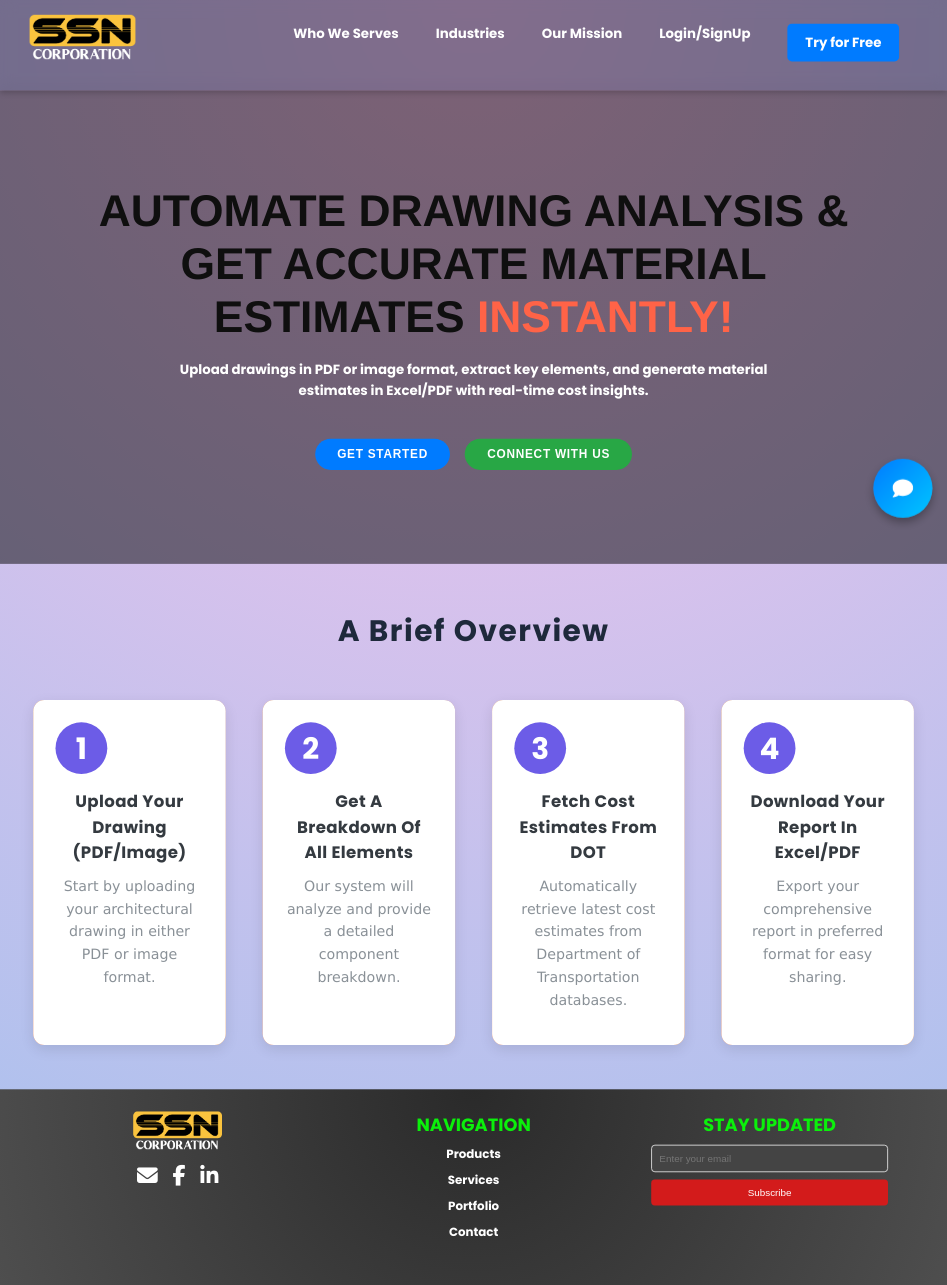
Repository: aabhashbasnet/SSNCorporation
Page: /
An editor plug-in stored every save of this project. The page is shown before and after a run of saves, followed by the edit.
The browser window is 1280 px wide. The pictures show the whole page, at 74% of full size.
The project was rebuilt for these pictures with package versions that can differ from the ones it lists, and the page was loaded fresh each time. Also part of the build but not shown: src/pages/OurMission/OurMission.jsx, src/pages/LoginSignUp/LoginSignUp.css, src/pages/LoginSignUp/LoginSignUp.jsx, src/pages/Industries/Industries.jsx, src/pages/Industries/Landscaping.jsx, src/pages/Industries/Paving.jsx, src/pages/Industries/GeneralConstruction.jsx, src/pages/Industries/FacilitiesMaintenance.jsx and 10 more.

Above is the page before, as saved 2025-02-11 14:52:32.

After the next 2 saves:
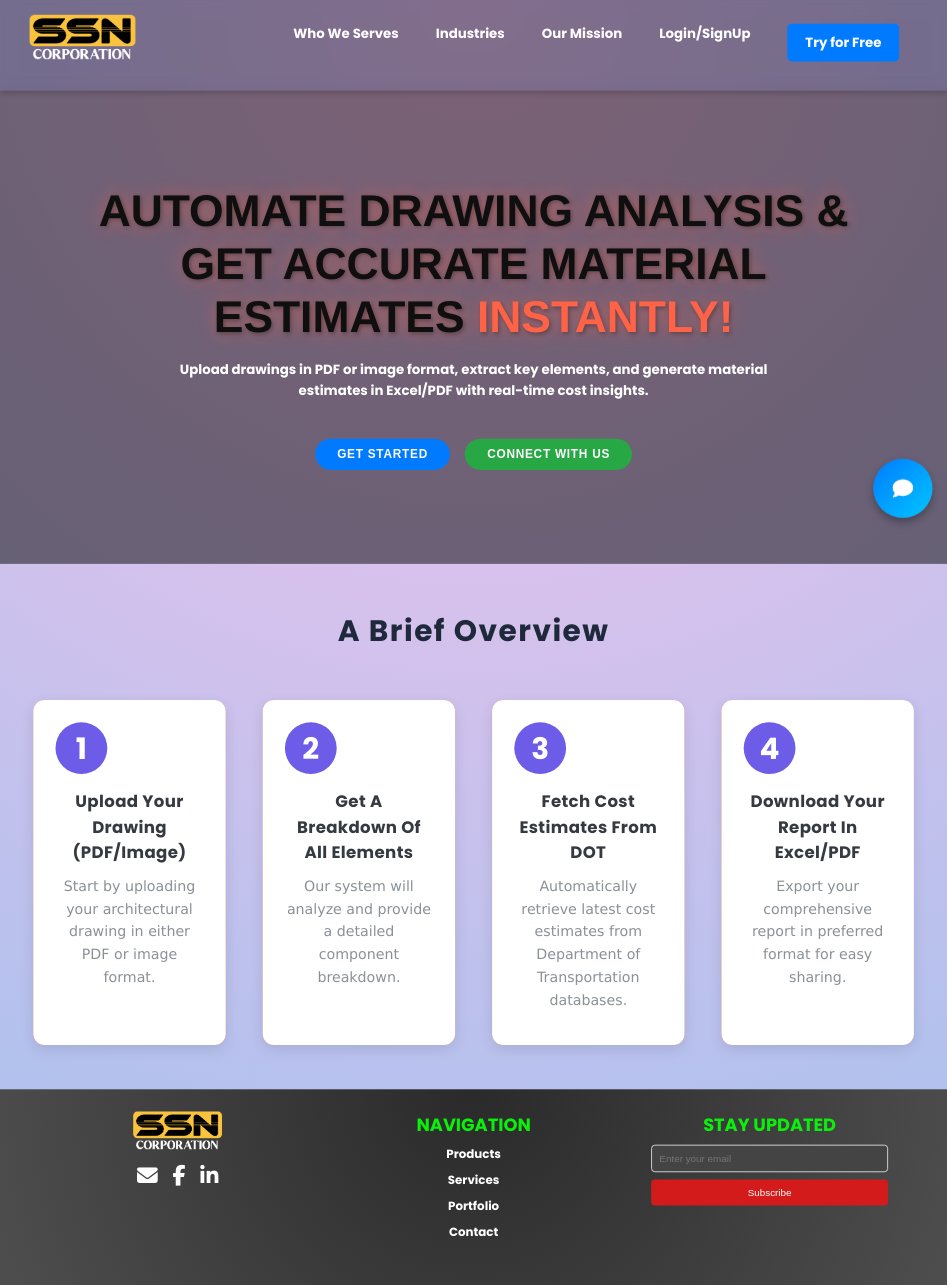
The 2 saves are shown as one change because they came seconds apart.
The last was saved 47 s later.
--- a/src/components/Main/Main.css
+++ b/src/components/Main/Main.css
@@ -35,6 +35,8 @@
   display: inline-block;
   position: relative;
   max-width: 90%;
+  text-shadow: 2px 2px 6px rgba(0, 0, 0, 0.3), 0 0 25px rgba(255, 99, 71, 0.5);
+
 }
 
 .headline .instant {
